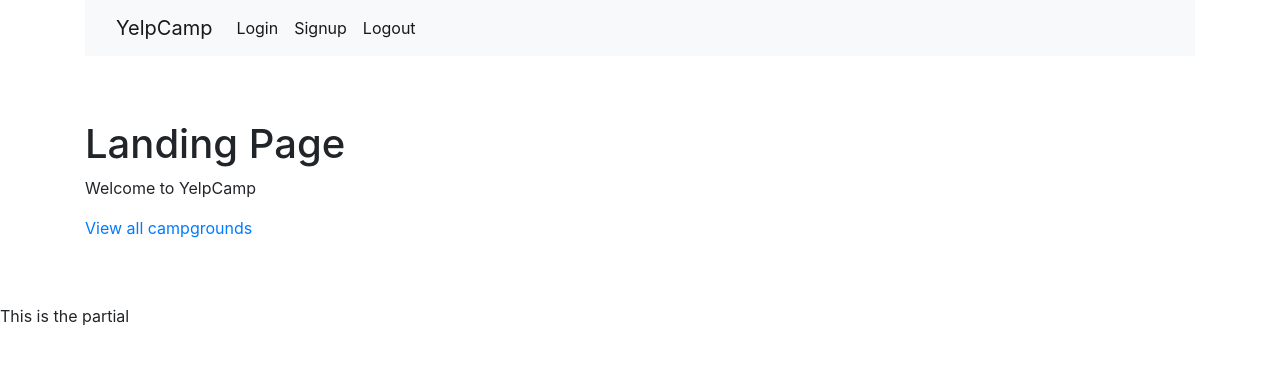
Repository: VictorWangwz/Web-Development
Page: http://localhost/
The author's editor kept a record of every edit. The page is drawn from the files as they stood at one moment, then again after the next edit.
The browser window is 1280 px wide. The pictures show the whole page.
The page is served by the project's Node server (YelpCamp/v1/app.js).

Above is the page before.

After the next edit:
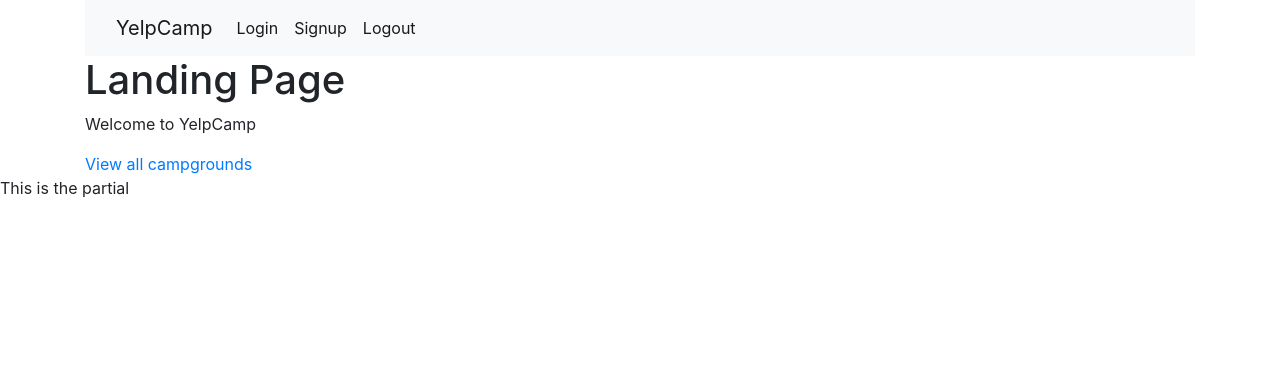
The edit:
--- a/YelpCamp/v1/views/landing.ejs
+++ b/YelpCamp/v1/views/landing.ejs
@@ -1,5 +1,5 @@
 <%include partials/header.ejs%>
-<div class="container" style="margin:5% auto">
+<div class="container">
     <h1>Landing Page</h1>
     <p>Welcome to YelpCamp</p>
 
